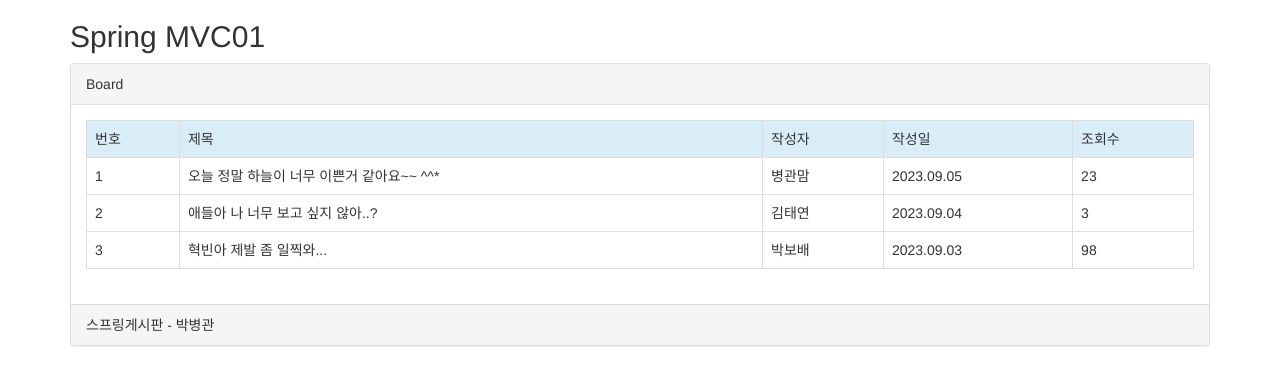
Repository: juhyun98/Spring
Page: http://localhost/SpringMVC01/
The author's editor kept a copy of each file at every save. The page is drawn from the files as they stood at one save, then again after the next save.
The browser window is 1280 px wide. The pictures show the whole page.
The page is served by Tomcat 9.

Above is the page before, as saved 2023-09-05 02:13:31.

After the next save:
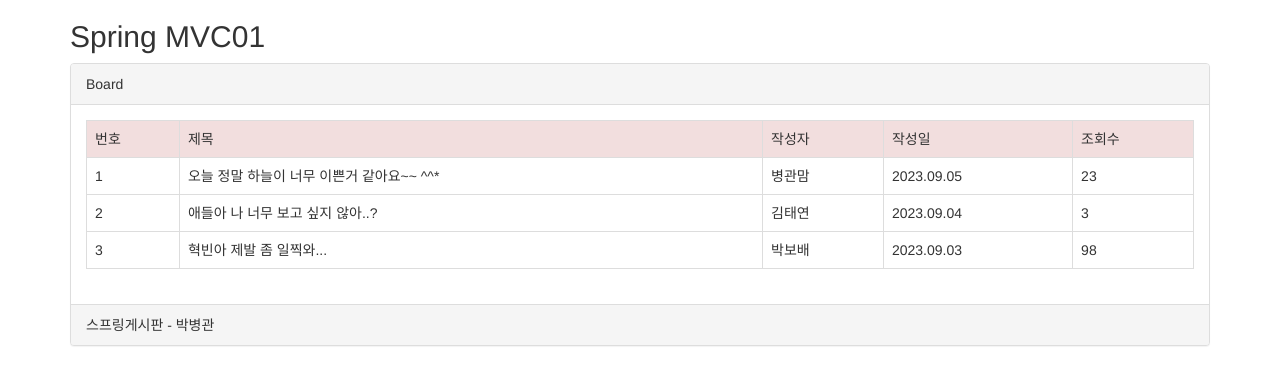
Saved 22 s later.
--- a/SpringMVC01/src/main/webapp/WEB-INF/views/boardList.jsp
+++ b/SpringMVC01/src/main/webapp/WEB-INF/views/boardList.jsp
@@ -18,7 +18,7 @@
 			<div class="panel-heading">Board</div>
 			<div class="panel-body">
 				<table class="table table-bordered table-hover">
-					<tr class="info">
+					<tr class="danger">
 						<td>번호</td>
 						<td>제목</td>
 						<td>작성자</td>
